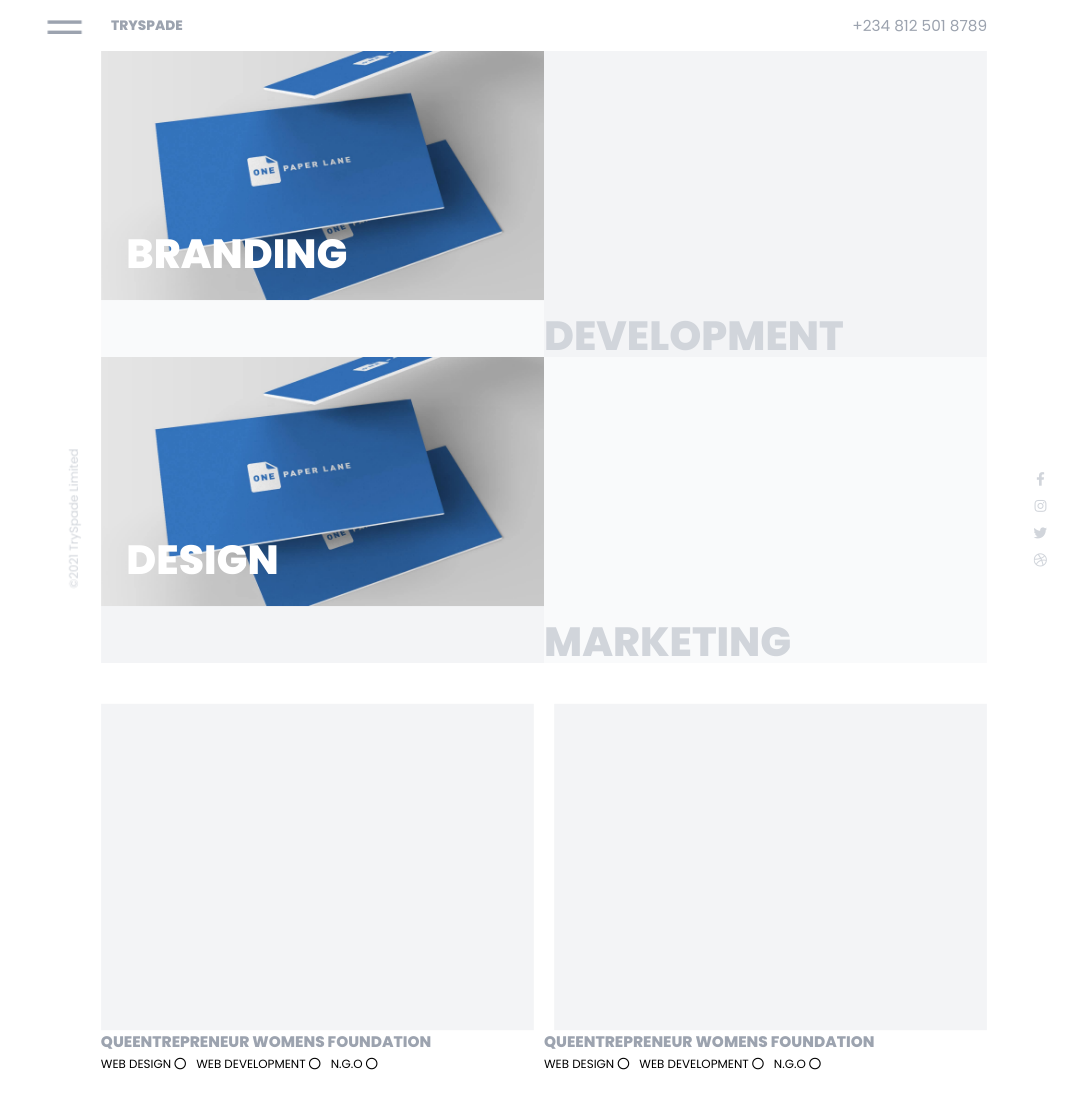
Repository: latenightsnacc/super-octo-fortnight
Page: new.html
The author's editor kept a copy of each file at every save. The page is drawn from the files as they stood at one save, then again after the next save.
The browser window is 1280 px wide. The pictures show the whole page, at 85% of full size.
Some web libraries are served in a nearby version.

Above is the page before, as saved 2021-03-01 17:12:49.

After the next save:
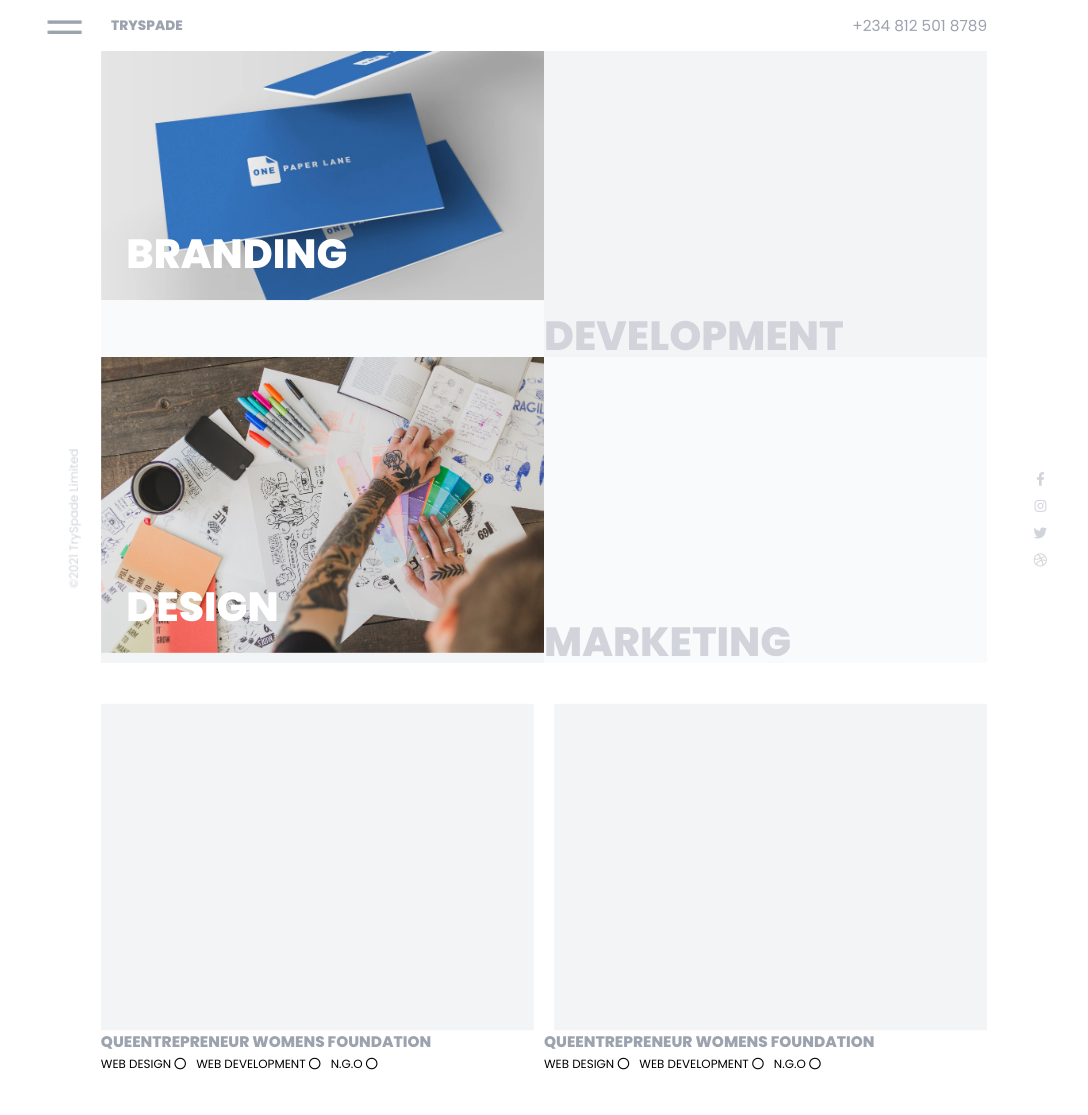
Saved 48 s later.
--- a/new.html
+++ b/new.html
@@ -78,7 +78,7 @@
                         <div class="bg-gray-100 h-50 group hover:shadow-2xl hover:shadow-inner">
                             <a href="#">
                                 <div class="uk-inline">
-                                    <img src="assets/Images/Portfolio Images/branding-agency-nyc-opl.jpg" alt="">
+                                    <img src="assets/Images/Portfolio Images/planning-design-being-creative.jpg" alt="">
                                     <div class="uk-overlay uk-light uk-position-bottom">
                                         <div class="flex h-full items-end">
                                             <div class="uppercase text-2xl md:text-5xl text-white font-bold group-hover:text-gray-700">design</div>
